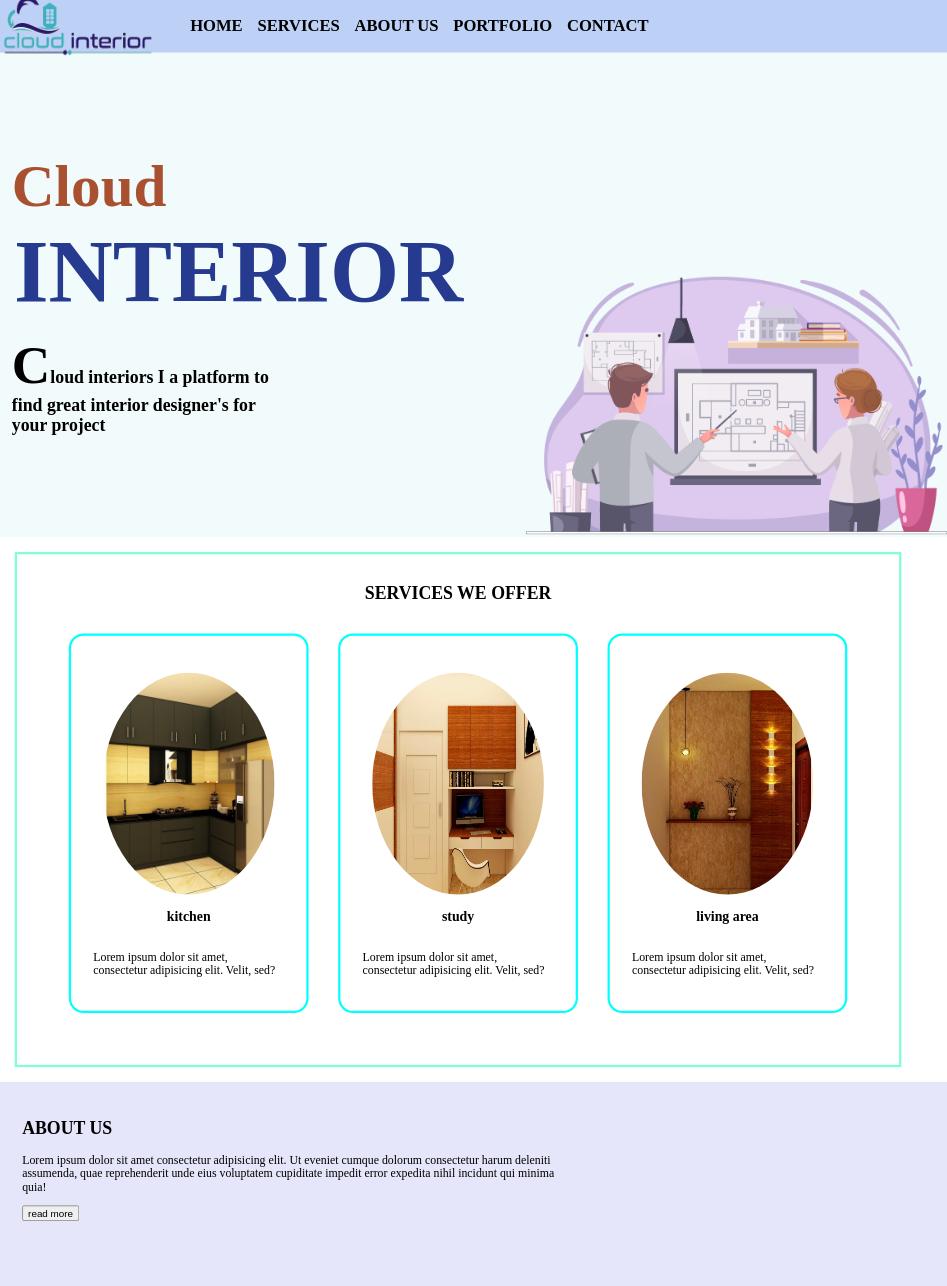
Repository: Ganavid/ganavidgowda.github.io
Page: cloud interior/‌index.html
An editor plug-in stored every save of this project. The page is shown before and after the next save, followed by the edit.
The browser window is 1280 px wide. The pictures show the whole page, at 74% of full size.

Above is the page before, as saved 2023-03-04 01:26:34.

### cloud interior/‌index.html
<!DOCTYPE html>
<html lang="en">

<head>
    <meta charset="UTF-8">
    <meta http-equiv="X-UA-Compatible" content="IE=edge">
    <meta name="viewport" content="width=device-width, initial-scale=1.0">
    <link rel="stylesheet" href="interial.css">
    <title>cloud</title>
</head>

<body>
    <nav id="navbar">
        <div id="logocnt">
            <img id="logo" src="Layer 2.png" alt="the company" width="100px" height="50px">

        </div>
        <ul id="contents">
            <li class="item">
                <a href="interial.html">HOME</a>
            </li>
            <li class="item">
                <a href="#SERVICES">SERVICES</a>
            </li>
            <li class="item">
                <a href="about.html">ABOUT US</a>
            </li>
            <li class="item">
                <a href="gallery.html">PORTFOLIO</a>
            </li>
            <li class="item">
                <a href="register.html">CONTACT</a>
            </li>
        </ul>
    </nav>
    <div id="content2">
        <div id="subcontent">
            <h1>Cloud <br><span>Interior</span> </h1>
            <p><span>C</span>loud interiors I a platform
                to find great interior designer's
                for your project
            </p>
        </div>

        <div id="subcntimg">
            <img src="Group 1.png" alt=" studio" id="starter">
        </div>
    </div>

    <div id="ser">
        <h2 style="text-align: center;">SERVICES WE OFFER</h2>
        <div id="services">

            <div id="items">
                <img id="img1" src="ki1.jpeg" width="200px" height="300px" alt="kitchen">
                <h3>kitchen</h3>
                <p>Lorem ipsum dolor sit
                    amet, consectetur adipisicing
                    elit. Velit, sed?
                </p>
            </div>
            <div id="items">
                <img id="img1" src="stu1.jpeg" width="200px" height="300px" alt="">
                <h3>study</h3>
                <p>Lorem ipsum dolor sit
                    amet, consectetur adipisicing
                    elit. Velit, sed?
                </p>
            </div>
            <div id="items">
                <img id="img1" src="h2.jpeg" width="200px" height="300px" alt="bathroom">
                <h3>living area</h3>
                <p>Lorem ipsum dolor sit
                    amet, consectetur adipisicing
                    elit. Velit, sed?
                </p>
            </div>
        </div>

    </div>
    <div id="about">
        <h2>ABOUT US</h2>
        <p id="abtcon">Lorem ipsum dolor sit amet consectetur adipisicing elit. Ut eveniet cumque dolorum consectetur
            harum deleniti assumenda, quae reprehenderit unde eius voluptatem cupiditate impedit error expedita nihil
            incidunt qui minima quia!</p>
        <button id="button">read more</button>
    </div>

</body>

</html>

### cloud interior/interial.css
body{
    margin: 0px;
    padding: 0px;
    border: 0px;
}


nav{
    display: flex;
    justify-content: left;
    background-color: #BDD0F5;
    padding: 3px;
    align-items: center;
    height: 9vh;
}

#logocnt{
    display: flex;
    flex-direction: row;
}

#logo{
    height: 80px;
    width: 200px;
    margin: 2px;
}

#contents{
    display: flex;
    flex-direction: row;
    list-style: none;

}
#contents li{
    display: flex;
    flex-direction: row;
    list-style: none;
    margin: 0px 10px 0px 10px;

}


#contents li a{
    text-decoration: none;
    margin: 0xp 10px 0px 10px;
    color:white;
    font-family: ebrima;
    font-weight: bold;
    font-size: 140%;
    color: black;
}

#content2 {
    display: flex;
    flex-direction:row;
    margin: 0px;
    padding: 0px;
    justify-content:space-between;
    height: 91vh;
    background-color: #3abccb11;
}


#subcontent{
    display: flex;
    flex-direction: column;
    width: 50%;
    align-items: normal;
    justify-content: center;
    margin: 3px;
    padding: 5px;
}

#subcontent h1 {
    color: #A8502F;
    font-size: 500%;
    font-family: Arial Rounded MT;
    font-weight: bold;
    margin: 3px;
    padding: 5px;
    margin-left: ;
}

#subcontent h1 span{
    color: #263B8F;
    font-size: 150%;
    margin: 3px;
    text-transform: uppercase;
}

#subcontent p{
    max-width: 60%;
    font-size: 150%;
    font-family: Ebrima;
    font-weight: bold;
    margin: 3px;
    padding: 5px;
}

#subcontent p span{
    font-size: 300%;
}



#subcntimg{
    display: flex;
    flex-direction: row;
    align-self: flex-end;
    justify-content: flex-end;
    width: 50%;
    height: 100%;
}

#starter{
    align-self: flex-end;
    width: 90%;
    margin-bottom: 4px;

}

img{
    margin-top: 20px;
    width: 400px;
    align-items: center;
}
#ser{
    border: solid aquamarine;
    margin: 20px;
    padding: 20px;
    width: 90%;
    justify-content: space-around;

}
#services{
    display: flex;
    flex-direction: row;
    overflow:hidden;
    padding: 30px;
    padding-top: 0;

}
#items{display: flex;
    flex-direction: column;
    overflow:hidden;
    padding: 30px;
    border: solid aqua;
    align-content: space-around;
    margin: 20px;
    align-items: center;
    border-radius: 20px;


}
#about{
background-color: lavender;
justify-content: center;
height: 30vh;
padding: 30px;
}
#img1{
    border-radius: 50%;
    width:90%;

}
#abtcon{
    width: 60%;
}

After the next save:
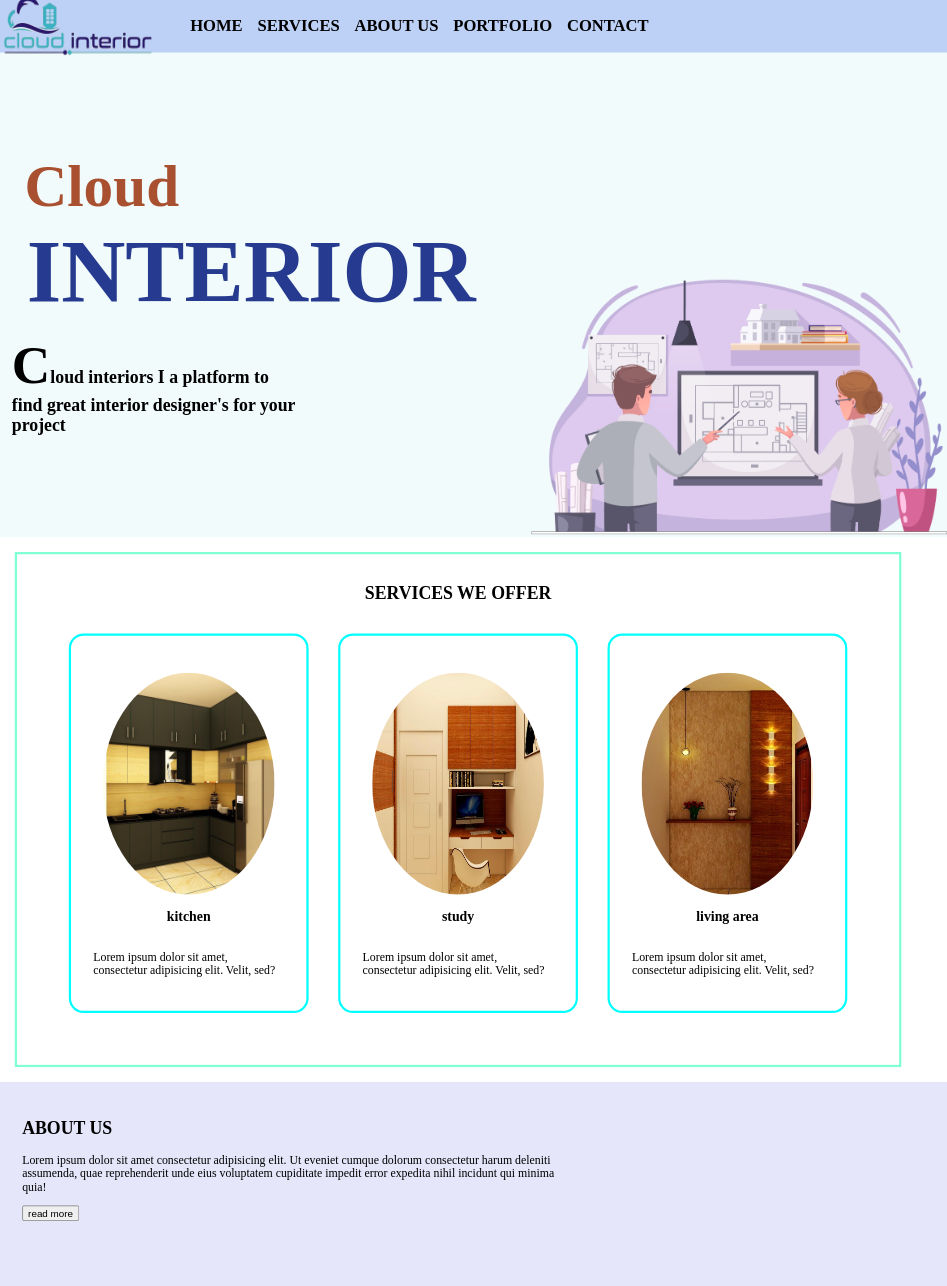
Saved 5 s later.
--- a/cloud interior/interial.css
+++ b/cloud interior/interial.css
@@ -78,7 +78,7 @@ nav{
     font-weight: bold;
     margin: 3px;
     padding: 5px;
-    margin-left: ;
+    margin-left: 20px;
 }
 
 #subcontent h1 span{
